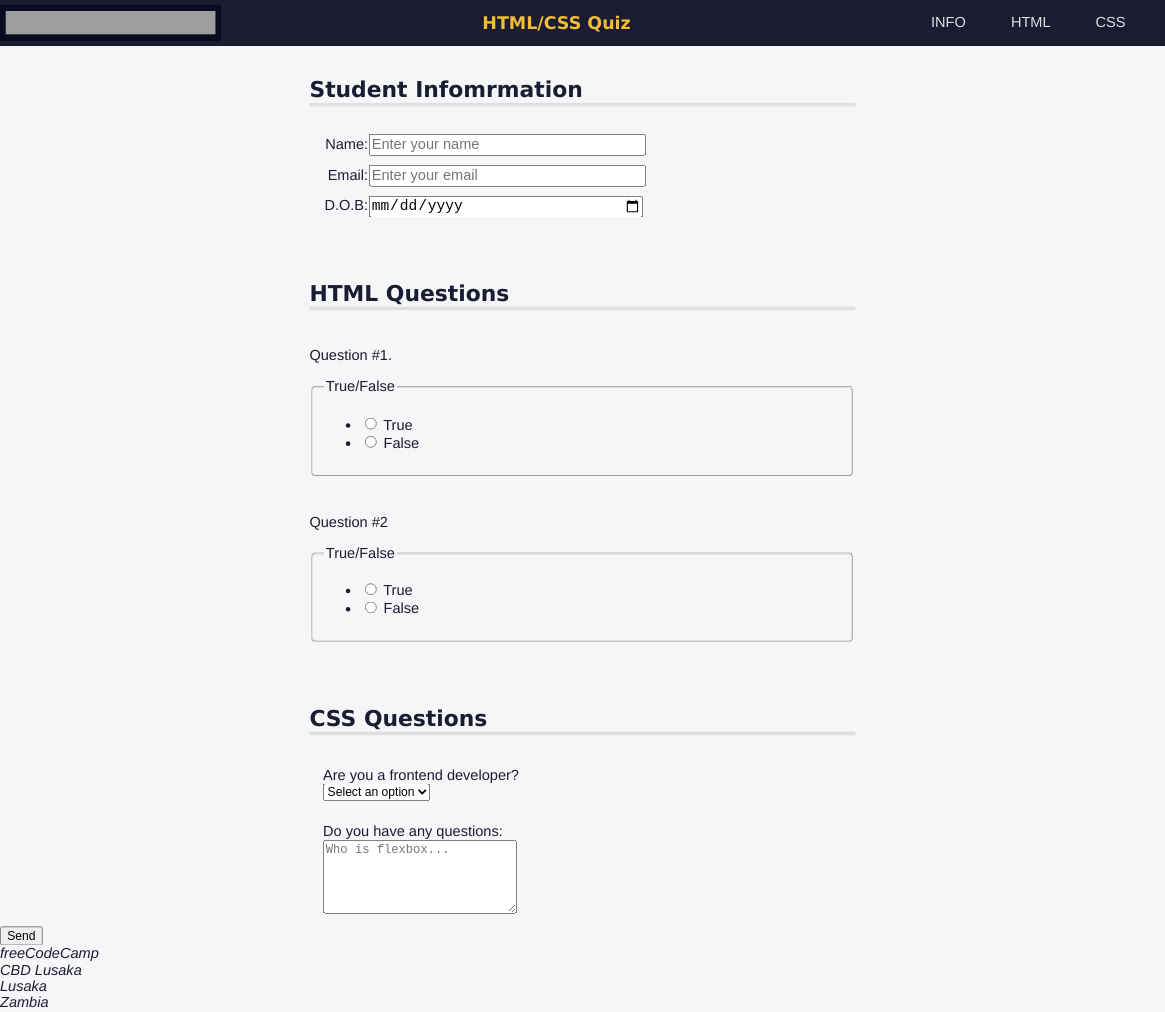
Repository: Lungdjos/accessibility_build_quiz
Page: index.html
These files come from the project's save history. The page is drawn as it stood at one moment and after the next save; the edit follows.
The browser window is 1280 px wide. The pictures show the whole page, at 91% of full size.
Pictures or frames that could not be fetched are drawn as grey boxes.

Above is the page before, as saved 2023-10-30 09:27:04.

### index.html
<!DOCTYPE html>
<html lang="en">

<head>
    <meta charset="UTF-8">
    <meta name="viewport" content="width=device-width, initial-scale=1.0">
    <meta name="description" content="Accessibility">
    <title>HTML/CSS Test Quiz</title>
    <link rel="stylesheet" href="styles.css">
</head>

<body>
    <header>
        <img src="https://cdn.freecodecamp.org/platform/universal/fcc_primary.svg" alt="" id="logo">
        <h1>HTML/CSS Quiz</h1>
        <nav>
            <ul>
                <li>
                    <a href="#student-info">info</a></li>
                <li>
                    <a href="#html-questions">html</a></li>
                <li>
                    <a href="#css-questions">css</a></li>
            </ul>
        </nav>
    </header>
    <main>
        <form action="https://freecodecamp.org/practice-project/accessibility-quiz" method="post">
            <section role="region" aria-labelledby="student-info">
                <h2 id="student-info">Student Infomrmation</h2>
                <div class="info">
                    <label for="student-name">
                        Name:
                    </label><input type="text" name="name" id="student-name" placeholder="Enter your name">
                </div>
                <div class="info">
                    <label for="student-email">
                        Email:
                    </label><input type="email" name="email" id="student-email" placeholder="Enter your email">
                </div>
                <div class="info">
                    <label for="birth-date">
                        D.O.B:<span class="sr-only">(Date of Birth)</span>
                    </label><input type="date" name="dob" id="birth-date">
                </div>
            </section>

            <section role="region" aria-labelledby="html-questions">
                <h2 id="html-questions">HTML Questions</h2>
                <div class="question-block">
                    <p>1.</p>
                    <fieldset name="first-question" class="question">
                        <legend>True/False</legend>
                        <ul class="answers-list">
                            <li>
                                <label for="q1-a1">
                                    <input type="radio" value="true" name="q1-answ" id="q1-a1"> True
                                </label>
                            </li>
                            <li>
                                <label for="q1-a2">
                                    <input type="radio" value="false" name="q1-answ" id="q1-a2"> False
                                </label>
                            </li>
                        </ul>
                    </fieldset>
                </div>
                <div class="question-block">
                    <p>2</p>
                    <fieldset name="second-question" class="question">
                        <legend>True/False</legend>
                        <ul class="answers-list">
                            <li>
                                <label for="q2-a1">
                                    <input type="radio" value="true" name="q2-answ" id="q2-a1"> True
                                </label>
                            </li>
                            <li>
                                <label for="q2-a2">
                                    <input type="radio" value="false" name="q2-answ" id="q2-a2"> False
                                </label>
                            </li>
                        </ul>
                    </fieldset>
                </div>
            </section>

            <section role="region" aria-labelledby="css-questions">
                <h2 id="css-questions">CSS Questions</h2>
                <div class="formrow">
                    <div class="question-block">
                        <label for="customer">Are you a frontend developer?</label>
                    </div>
                    <div class="answer">
                        <select name="customer" id="customer" required>
                            <option value="">Select an option</option>
                            <option value="yes">Yes</option>
                            <option value="no">No</option>
                        </select>
                    </div>

                    <div class="question-block">
                        <label for="css-questions">Do you have any questions:</label>
                    </div>
                    <div class="answer">
                        <textarea name="css-questions" id="css-questions" rows="5" cols="24" placeholder="Who is flexbox..."></textarea>
                    </div>
                </div>
            </section>
            <button type="submit">Send</button>
        </form>
    </main>
    <footer>
        <address>
            freeCodeCamp<br/>
            CBD Lusaka<br/>
            Lusaka<br/>
            Zambia
        </address>
    </footer>
</body>

</html>

### styles.css
body {
    background: #f5f6f7;
    color: #1b1b32;
    font-family: Helvetica;
    margin: 0;
}

header {
    width: 100%;
    height: 50px;
    background-color: #1b1b32;
    display: flex;
    justify-content: space-between;
    align-items: center;
    position: fixed;
    top: 0;
}

#logo {
    width: max(100px, 18vw);
    background-color: #0a0a23;
    aspect-ratio: 35 / 4;
    padding: 0.4rem;
}

h1 {
    color: #f1be32;
    font-size: min(5vw, 1.2em);
    text-align: center;
}

main {
    padding-top: 25px;
}

nav {
    width: 50%;
    max-width: 300px;
    height: 50px;
}

nav>ul {
    display: flex;
    justify-content: space-evenly;
    text-transform: uppercase;
    align-items: center;
    padding-inline-start: 0;
    margin-block: 0;
    height: 100%;
    flex-wrap: wrap;
}

h1,
h2 {
    font-family: Verdana, Tahoma;
}

h2 {
    border-bottom: 4px solid #dfdfe2;
    margin-top: 0;
    padding-top: 60px;
}

.sr-only {
    position: absolute;
    width: 1px;
    height: 1px;
    padding: 0;
    margin: -1px;
    overflow: hidden;
    clip: rect(0, 0, 0, 0);
    white-space: nowrap;
    border: 0;
}

p::before {
    content: "Question #";
}

nav li {
    color: #dfdfe2;
    margin: 0 0.2rem;
    padding: 0.2rem;
    display: block;
}

li>a {
    color: inherit;
}

nav li>a {
    text-decoration: none;
}

nav li>a:hover {
    text-decoration: none;
    background-color: #dfdfe2;
    color: #1b1b32;
    cursor: pointer;
}

section {
    width: 80%;
    max-width: 600px;
    margin: 0 auto 10px auto;
}

fieldset {
    border-radius: 5px;
}

.info {
    padding: 10px 0 0 5px;
}

.info input {
    width: 50%;
    text-align: left;
}

.info label {
    width: 10%;
    min-width: 55px;
}

.info input,
.info label {
    display: inline-block;
}

label {
    text-align: right;
}

.formrow {
    margin-top: 30px;
    padding: 0px 15px;
}

input {
    font-size: 16px;
}

.question-block {
    text-align: left;
    display: block;
    width: 100%;
    margin-top: 20px;
    padding-top: 5px;
}

After the next save:
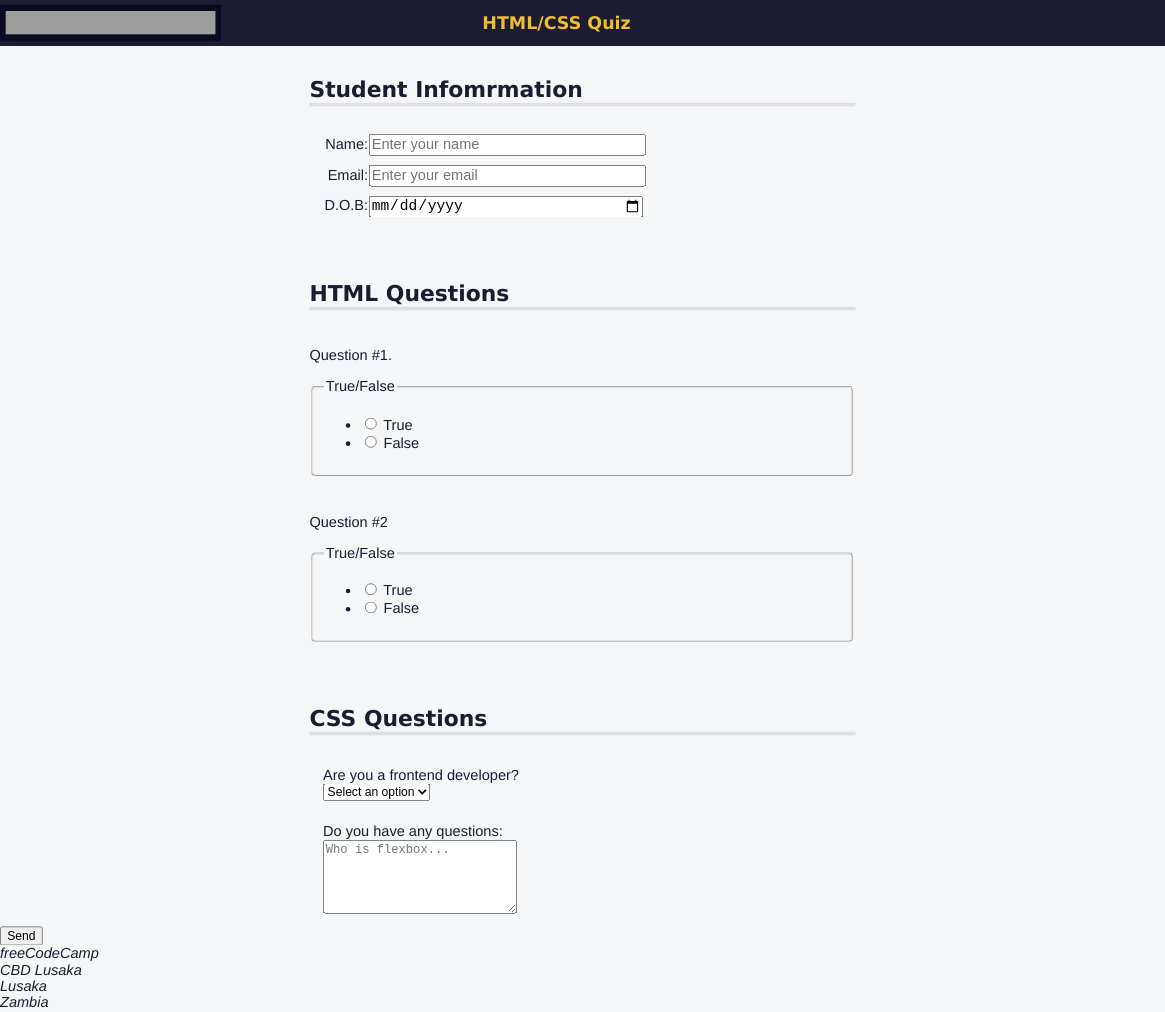
Saved 116 s later.
--- a/styles.css
+++ b/styles.css
@@ -77,7 +77,7 @@
     content: "Question #";
 }
 
-nav li {
+p nav li {
     color: #dfdfe2;
     margin: 0 0.2rem;
     padding: 0.2rem;

After the save that followed:
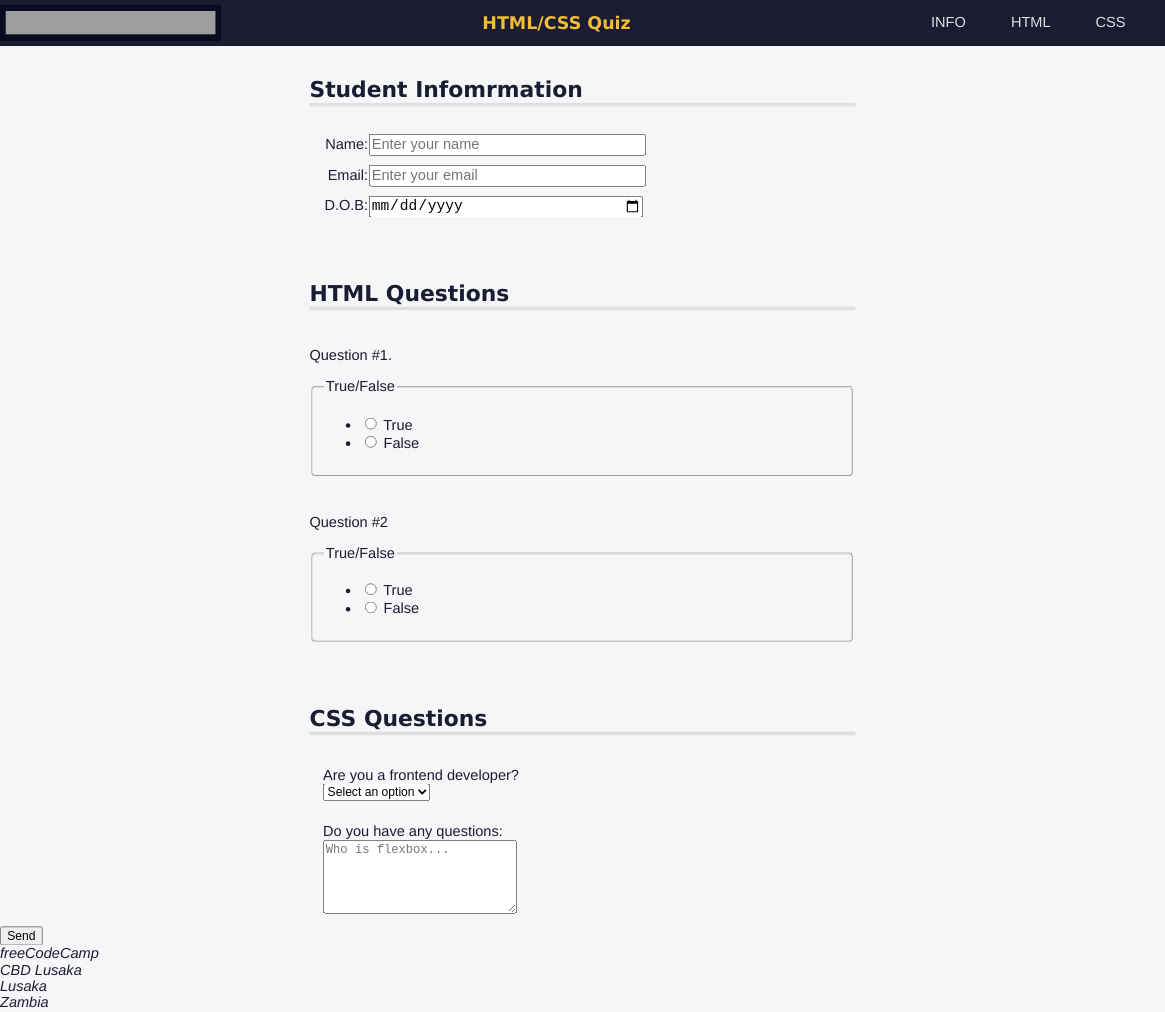
Saved 6 s later.
--- a/styles.css
+++ b/styles.css
@@ -77,7 +77,9 @@
     content: "Question #";
 }
 
-p nav li {
+p {}
+
+nav li {
     color: #dfdfe2;
     margin: 0 0.2rem;
     padding: 0.2rem;
